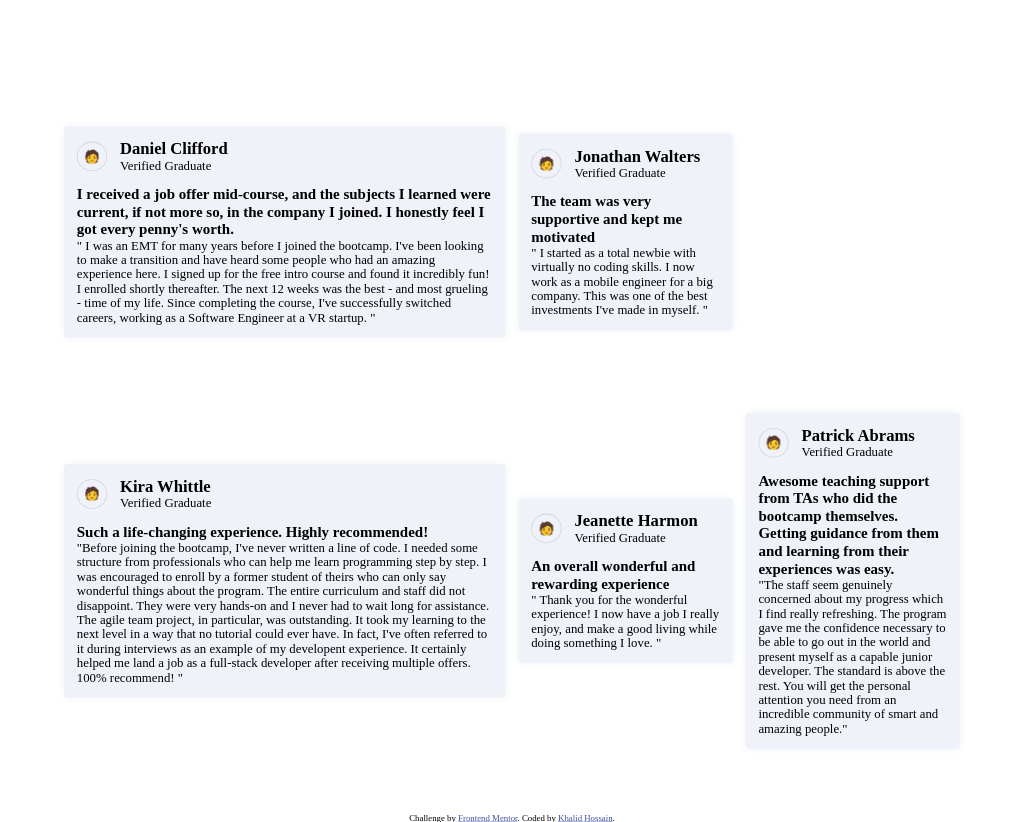
Repository: badhon252/Testimonials-Grid-Section
Page: index.html
An editor plug-in stored every save of this project. The page is shown before and after the next save, followed by the edit.
The browser window is 1280 px wide. The pictures show the whole page, at 80% of full size.

Above is the page before, as saved 2023-02-18 16:23:43.

After the next save:
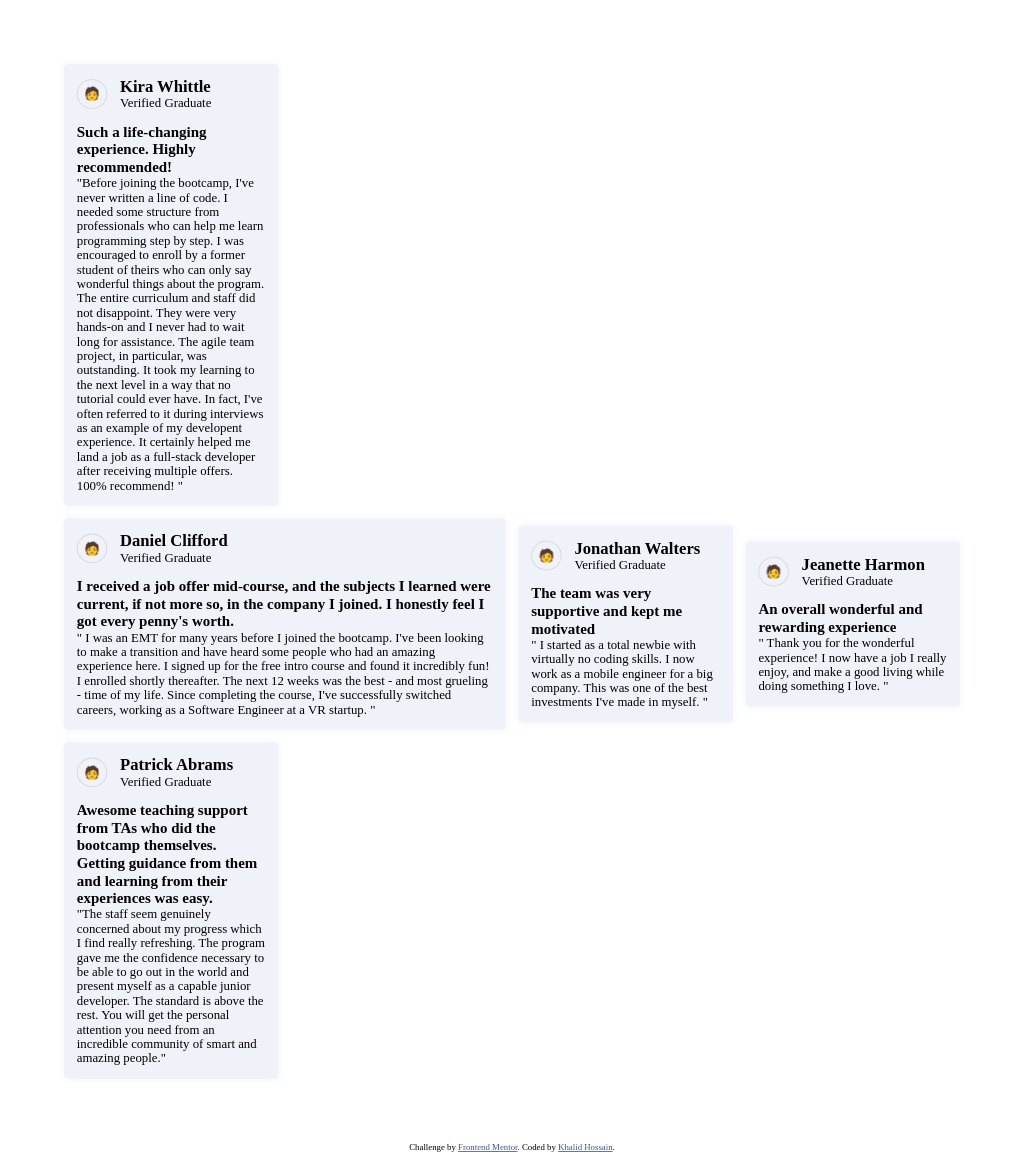
Saved 25 s later.
--- a/css/style.css
+++ b/css/style.css
@@ -72,8 +72,8 @@
     /* grid-area: box1; */
     order: 3;
     background-color: hsl(227, 47%, 96%);
-    grid-column-start: 1;
-    grid-column-end: 3;
+    grid-row-start: 1;
+    grid-row-end: 3;
 }
 
 .attribution {

After the save that followed:
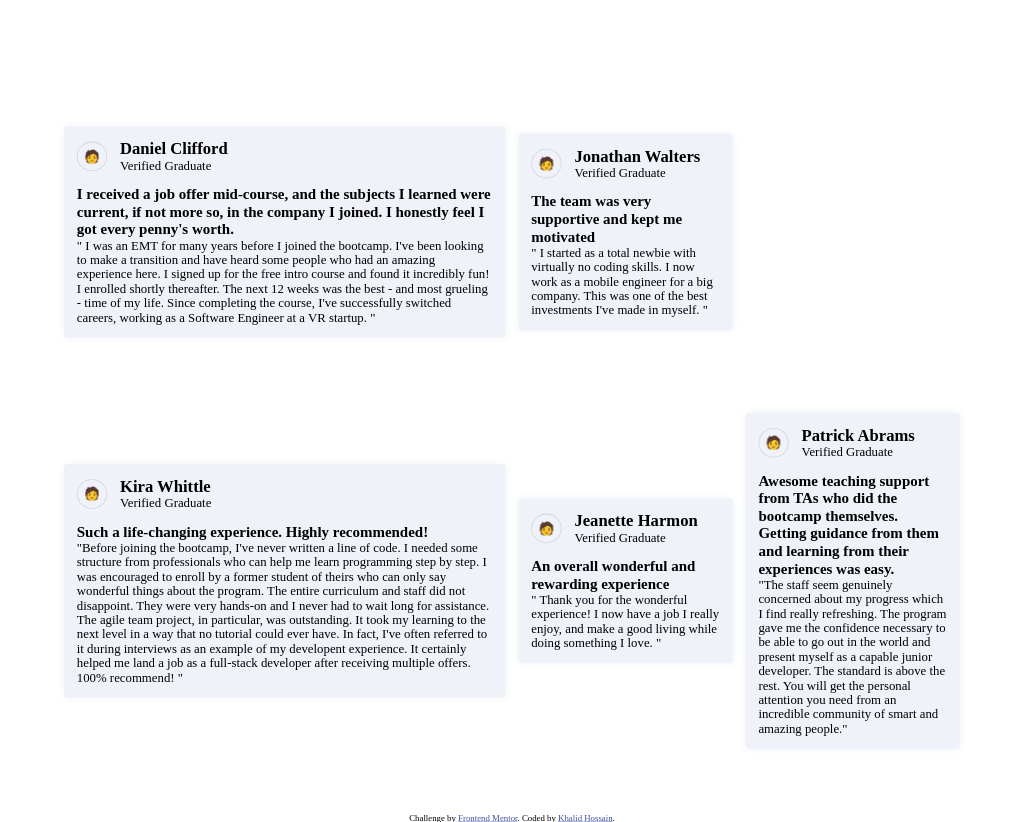
Saved 27 s later.
--- a/css/style.css
+++ b/css/style.css
@@ -72,8 +72,8 @@
     /* grid-area: box1; */
     order: 3;
     background-color: hsl(227, 47%, 96%);
-    grid-row-start: 1;
-    grid-row-end: 3;
+    grid-column-start: 1;
+    grid-column-end: 3;
 }
 
 .attribution {
